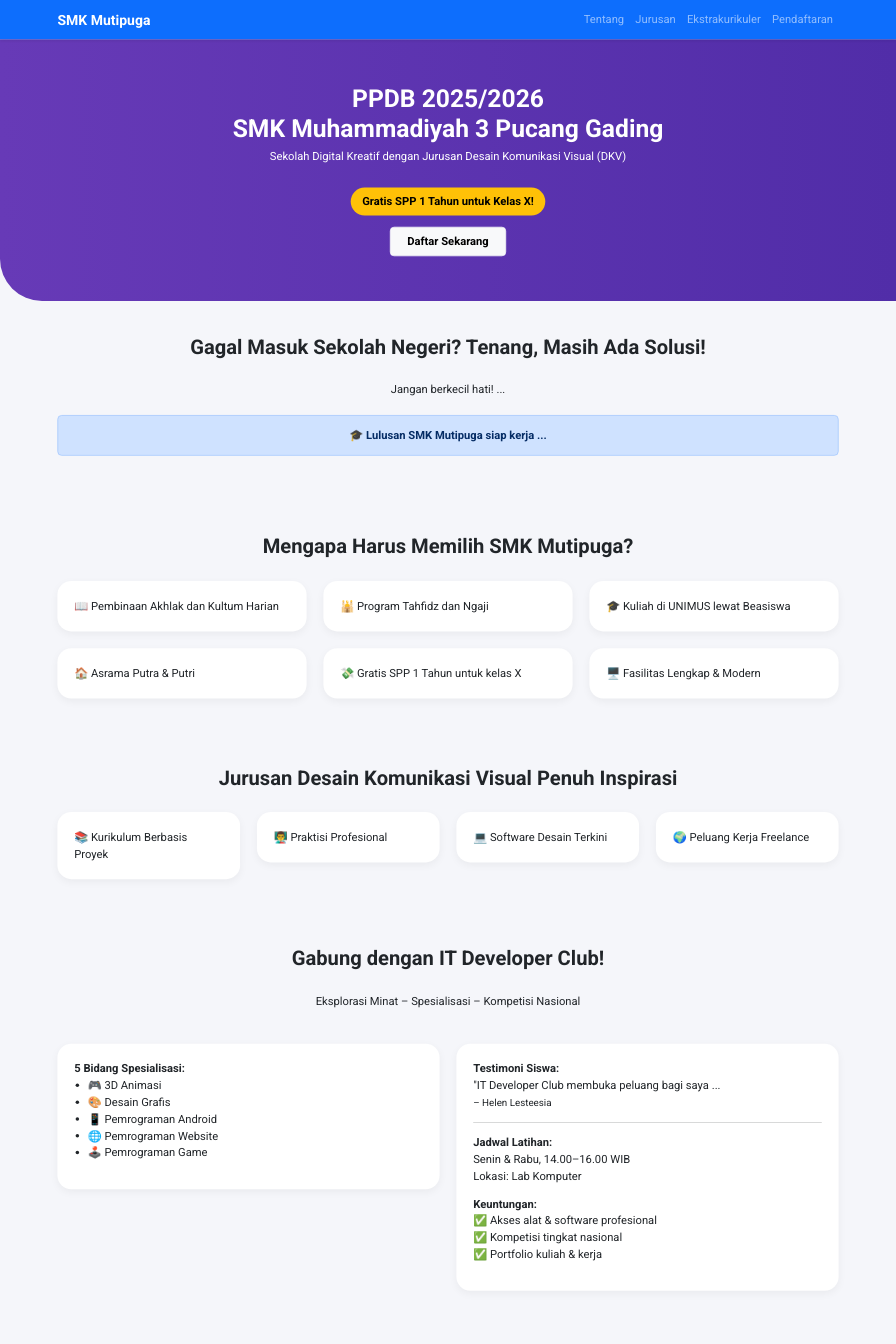
Repository: ppdbsmkmutipuga/ppdbsmkmutipuga.github.io
Page: index.html
An editor plug-in stored every save of this project. The page is shown before and after a run of saves, followed by the edit.
The browser window is 1280 px wide. The pictures show the part of the page from y = 0 to 1920 px (the page is 2761 px tall before and 2771 px after), at 70% of full size.

Above is the page before, as saved 2025-06-29 02:50:46.
Not found: main.js

After the next 2 saves:
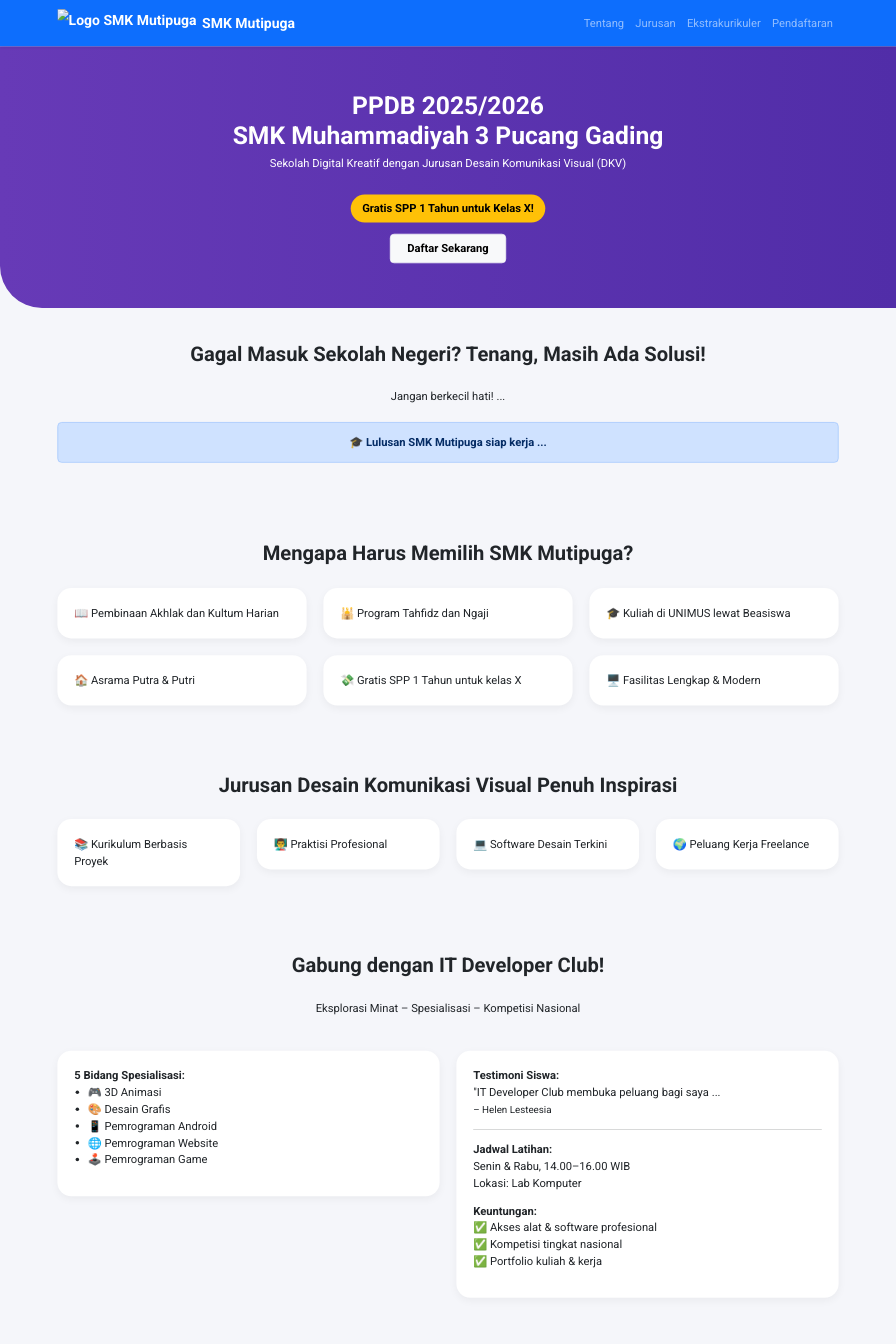
Not found: logo.png
The 2 saves are shown as one change because they came seconds apart.
The last was saved 3 min 50 s later.
--- a/index.html
+++ b/index.html
@@ -18,7 +18,11 @@
 <body>
     <nav class="navbar navbar-expand-lg navbar-dark bg-primary sticky-top shadow-sm">
         <div class="container">
-            <a class="navbar-brand fw-bold" href="#">SMK Mutipuga</a>
+            <a class="navbar-brand fw-bold d-flex align-items-center gap-2" href="#">
+                <img src="logo.png" alt="Logo SMK Mutipuga" height="40">
+                SMK Mutipuga
+            </a>
+
             <button class="navbar-toggler" type="button" data-bs-toggle="collapse" data-bs-target="#navMenu">
                 <span class="navbar-toggler-icon"></span>
             </button>

After the 2 saves that followed:
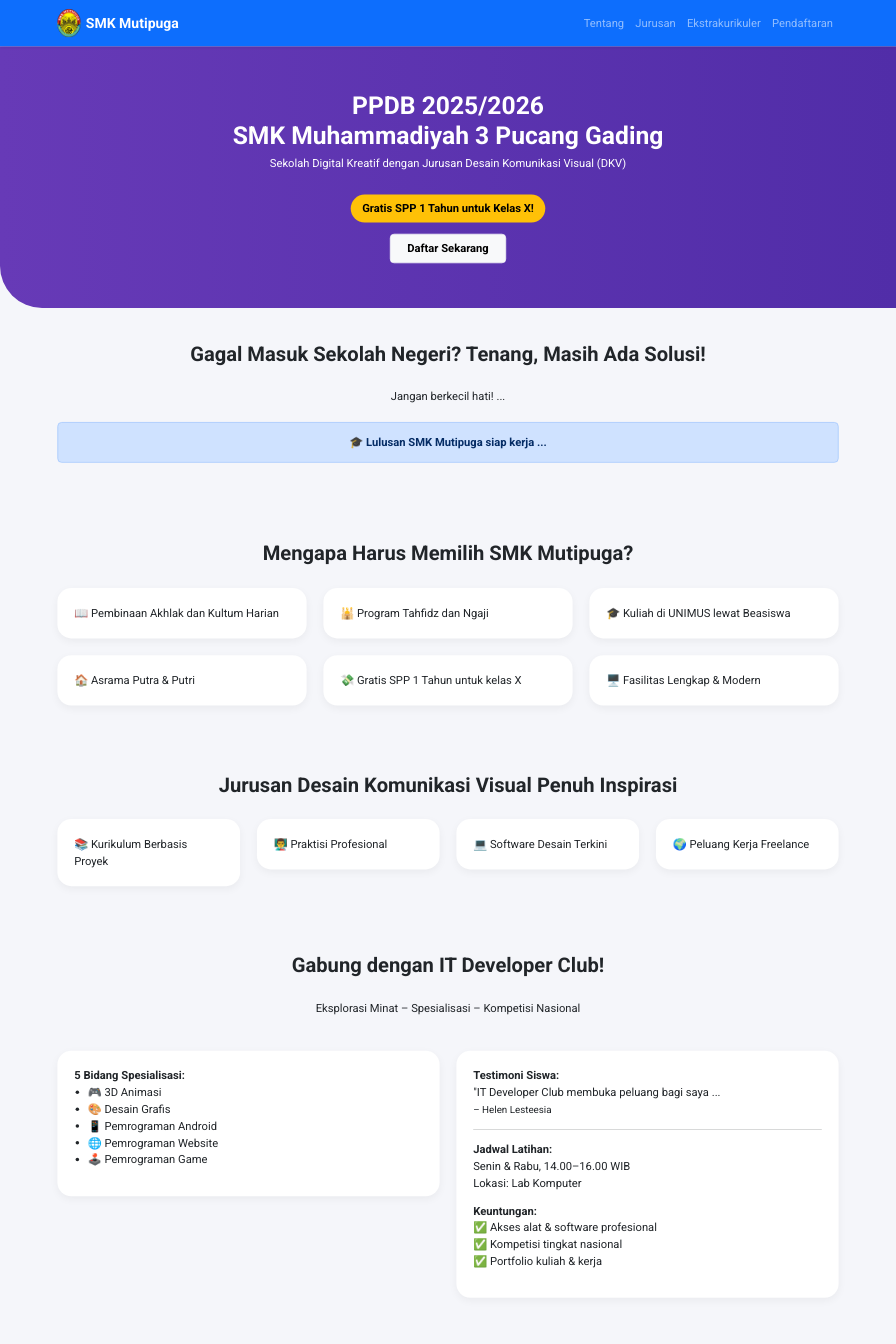
The 2 saves are shown as one change because they came seconds apart.
The last was saved 47 s later.
--- a/index.html
+++ b/index.html
@@ -19,7 +19,7 @@
     <nav class="navbar navbar-expand-lg navbar-dark bg-primary sticky-top shadow-sm">
         <div class="container">
             <a class="navbar-brand fw-bold d-flex align-items-center gap-2" href="#">
-                <img src="logo.png" alt="Logo SMK Mutipuga" height="40">
+                <img src="images/logo.png" alt="Logo SMK Mutipuga" height="40">
                 SMK Mutipuga
             </a>
 
